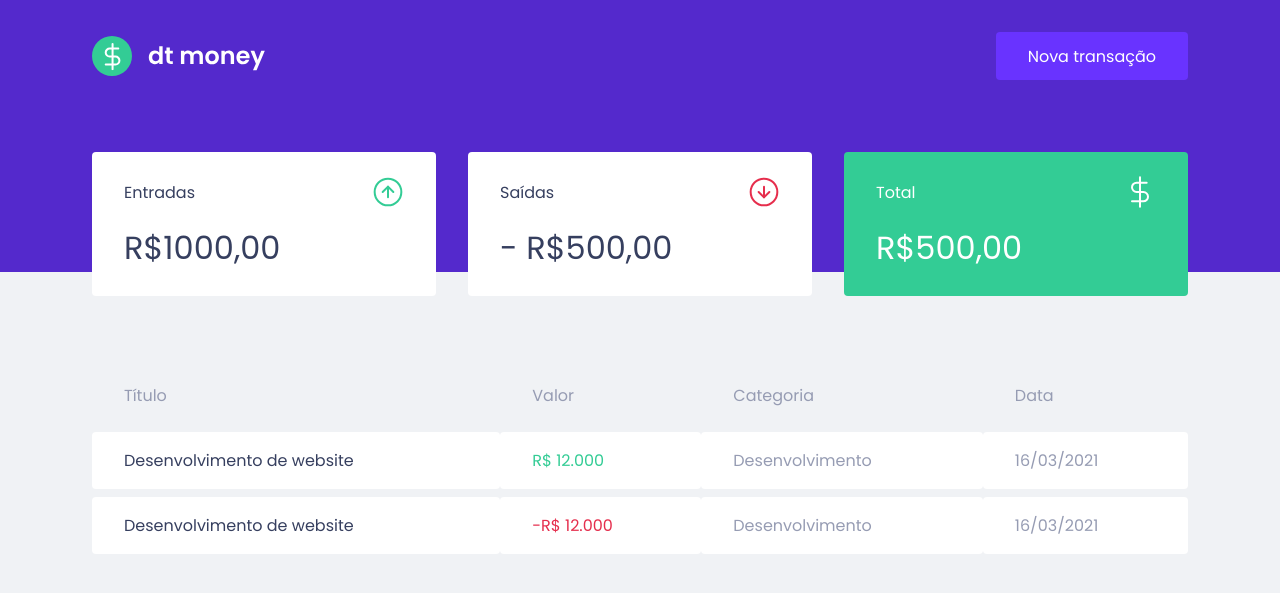
Repository: victoriandujar/ignite-dtmoney
Page: /
These files come from the project's save history. The page is drawn as it stood at one moment and after the next save; the edit follows.
The browser window is 1280 px wide. The pictures show the whole page.
The page's requests for data from a server got no answer. The project was rebuilt for these pictures with package versions that can differ from the ones it lists, and the page was loaded fresh each time. No one was signed in, and anything a server would have sent is missing.

Above is the page before, as saved 2021-03-23 16:44:52.

After the next save:
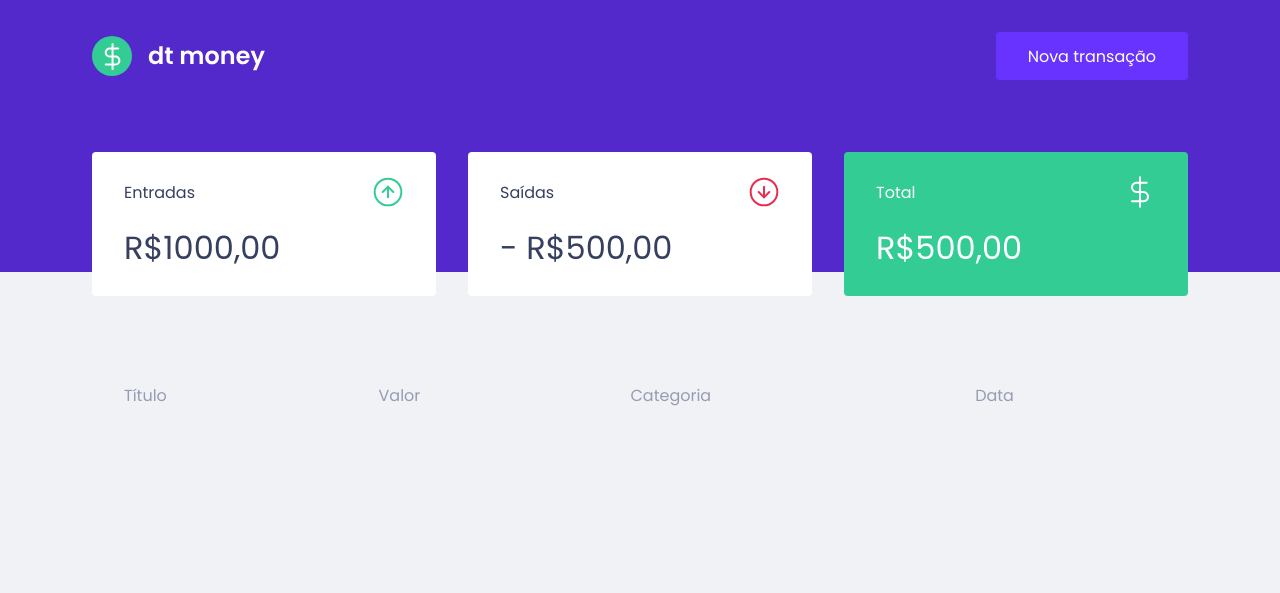
Saved 8 min 49 s later.
--- a/src/components/TransactionsTable/index.tsx
+++ b/src/components/TransactionsTable/index.tsx
@@ -1,13 +1,24 @@
-import React, { useEffect } from 'react';
+import React, { useEffect, useState } from 'react';
 
 import { Container } from './styles';
 
 import { api } from '../../services/api';
 
+interface Transaction {
+    id: number;
+    title: string;
+    amount: number;
+    type: string;
+    category: string;
+    createdAt: string;
+}
+
 export function TransactionsTable() {
+    const [transactions, setTransactions] = useState<Transaction[]>([]);
+
     useEffect(() => {
         api.get('/transactions')
-        .then(response => console.log(response.data))
+        .then(response => setTransactions(response.data))
     }, []);
 
     return(
@@ -22,19 +33,14 @@
                     </tr>
                 </thead>
                 <tbody>
-                    <tr>
-                        <td>Desenvolvimento de website</td>
-                        <td className="deposit">R$ 12.000</td>
-                        <td>Desenvolvimento</td>
-                        <td>16/03/2021</td>
-                    </tr>
-
-                    <tr>
-                        <td>Desenvolvimento de website</td>
-                        <td className="withdraw">-R$ 12.000</td>
-                        <td>Desenvolvimento</td>
-                        <td>16/03/2021</td>
-                    </tr>
+                    {transactions.map(transaction => (
+                        <tr>
+                            <td>{transaction.title}</td>
+                            <td className="deposit">{transaction.amount}</td>
+                            <td>{transaction.category}</td>
+                            <td>{transaction.createdAt}</td>
+                        </tr>
+                    ))}
                 </tbody>
             </table>
         </Container>
